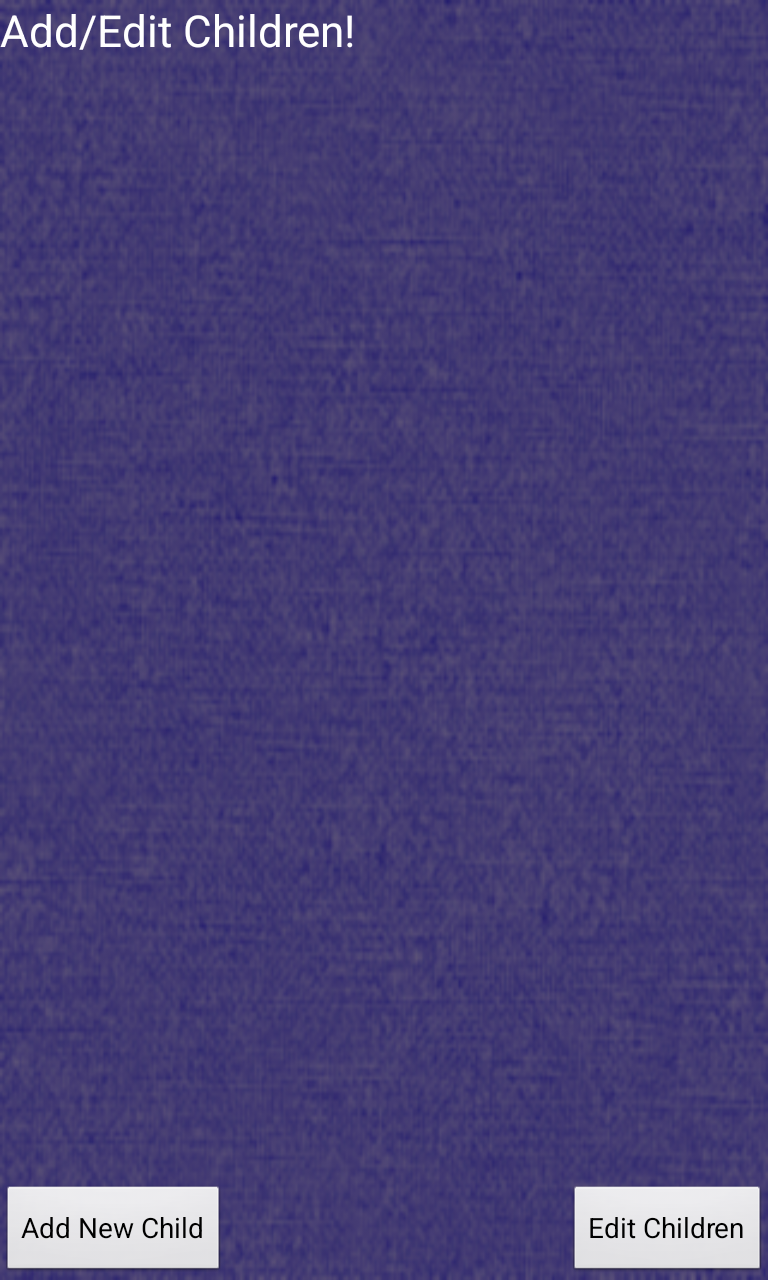
Repository: samanamp/RR-Controller
Layout: RRC app/res/layout/activity_child_setting.xml
An editor plug-in stored every save of this project. The layout is shown before and after the next save, followed by the edit.
It is drawn on a 768 x 1280 px phone screen (xhdpi) without system bars, with theme AppTheme; the app's code is not run.

Above is the layout before, as saved 2012-08-09 13:27:39.

After the next save:
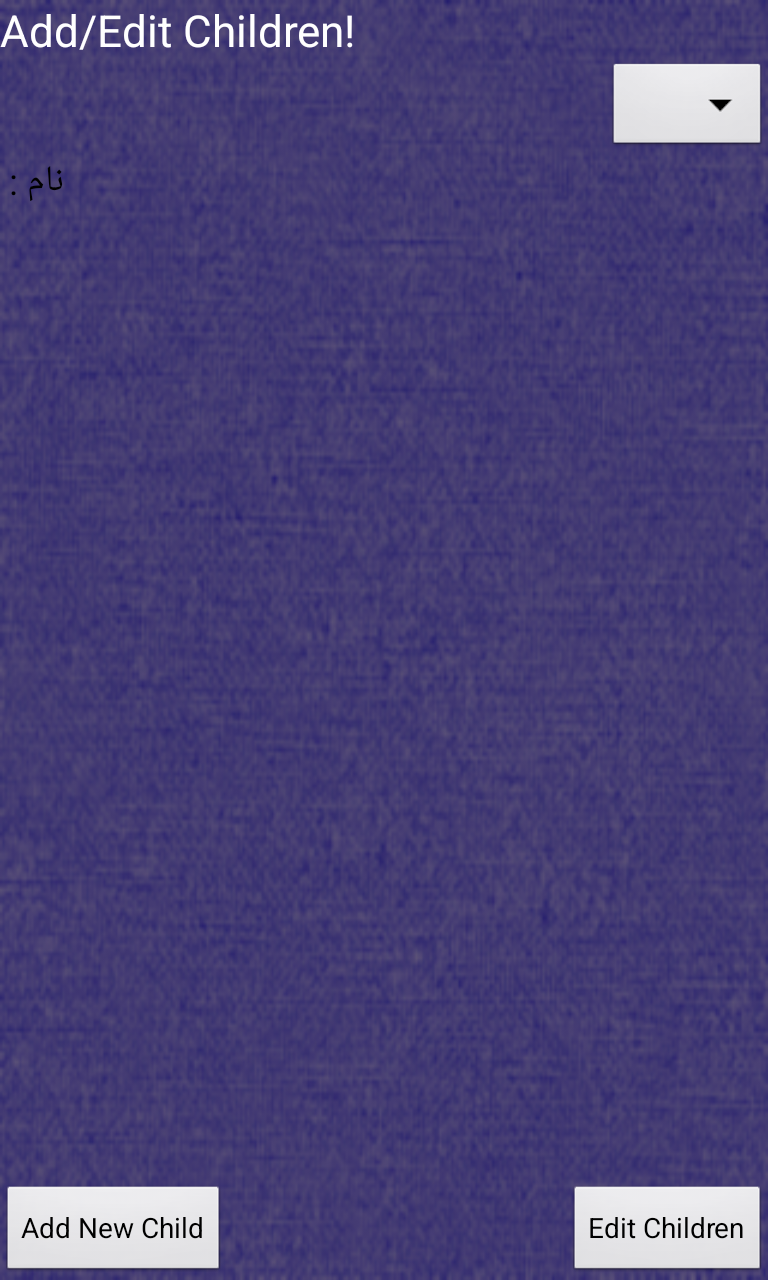
Saved 87 s later.
--- a/RRC app/res/layout/activity_child_setting.xml
+++ b/RRC app/res/layout/activity_child_setting.xml
@@ -32,4 +32,20 @@
         android:textAppearance="?android:attr/textAppearanceLarge"
         android:textColor="#ffffff" />
 
+    <Spinner
+        android:id="@+id/spinner1"
+        android:layout_width="wrap_content"
+        android:layout_height="wrap_content"
+        android:layout_alignParentRight="true"
+        android:layout_below="@+id/textView1" />
+
+    <TextView
+        android:id="@+id/textView2"
+        android:layout_width="wrap_content"
+        android:layout_height="wrap_content"
+        android:layout_alignParentLeft="true"
+        android:layout_below="@+id/spinner1"
+        android:text="نام : "
+        android:textAppearance="?android:attr/textAppearanceMedium" />
+
 </RelativeLayout>
